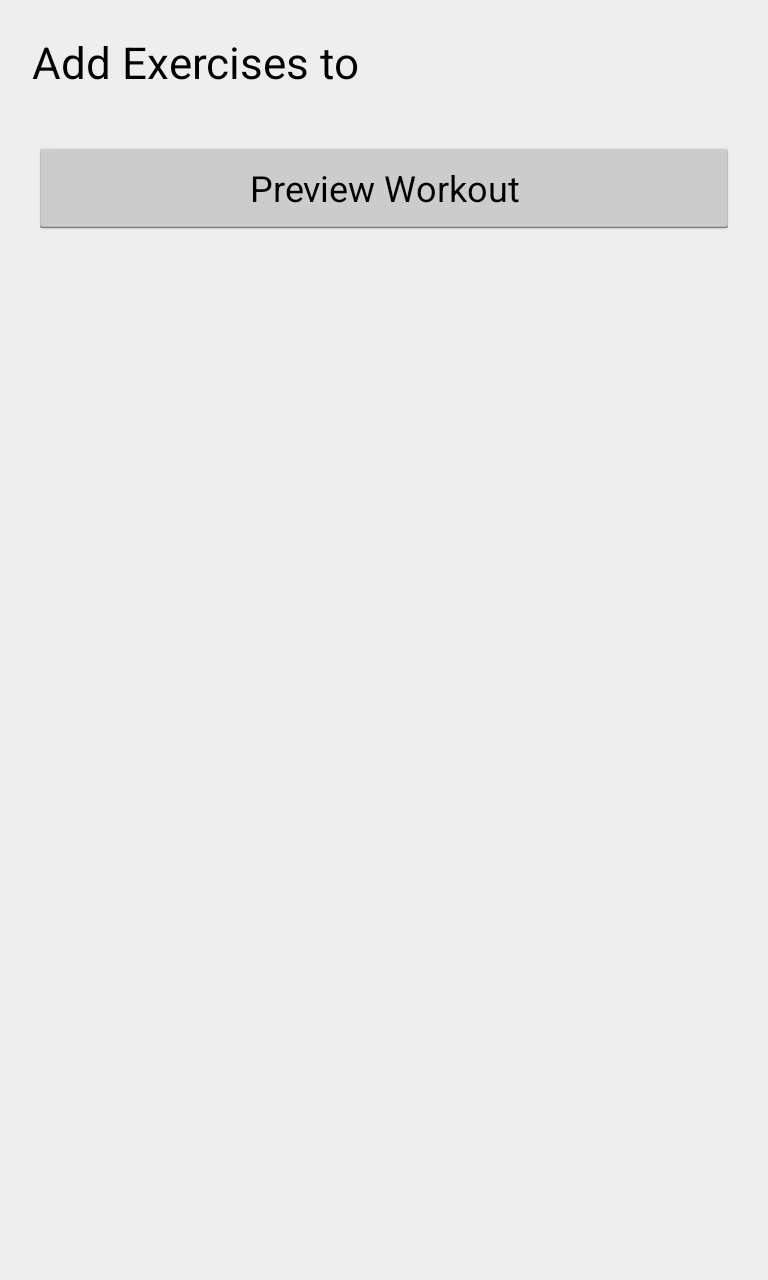
Repository: jmcdon09/EZWorkout
Layout: EzTrain/EzTrain/res/layout/activity_add_exercises.xml
An editor plug-in stored every save of this project. The layout is shown before and after the next save, followed by the edit.
It is drawn on a 768 x 1280 px phone screen (xhdpi) without system bars, with theme AppTheme; the app's code is not run. Lists and similar views that code fills are empty.

Above is the layout before, as saved 2014-03-28 14:53:58.

After the next save:
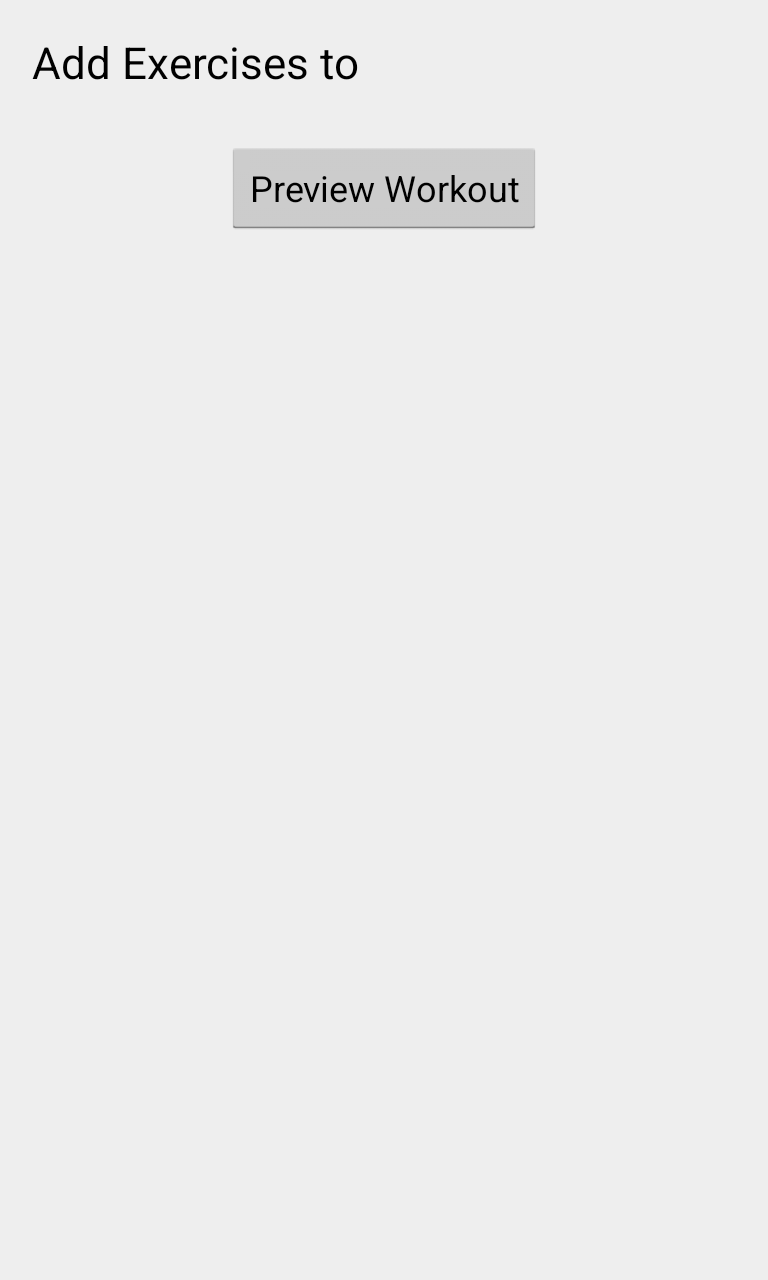
Saved 16 s later.
--- a/EzTrain/EzTrain/res/layout/activity_add_exercises.xml
+++ b/EzTrain/EzTrain/res/layout/activity_add_exercises.xml
@@ -44,9 +44,9 @@
 
     <Button
         android:id="@+id/preview_workout"
-        android:layout_width="fill_parent"
+        android:layout_width="wrap_content"
         android:layout_height="wrap_content"
-        android:layout_weight="center"
+        android:layout_gravity="center"
         android:text="@string/preview_workout" />
 
 </LinearLayout>
